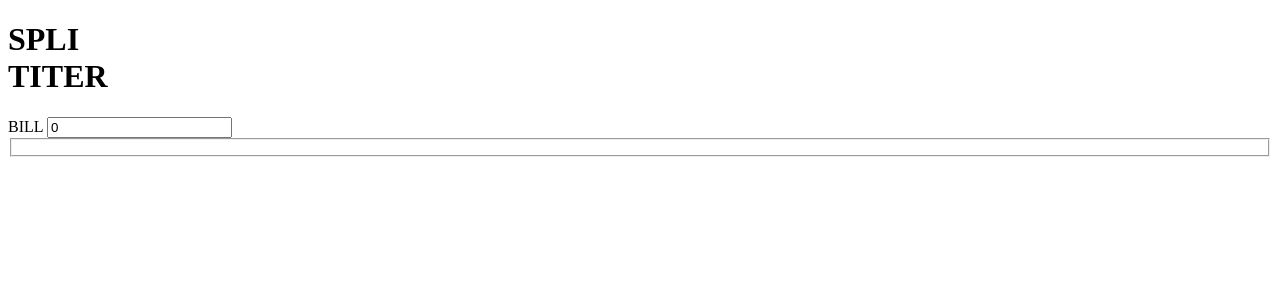
Repository: kellyjohanasalb/calduladora
Page: index.html
These files come from the project's save history. The page is drawn as it stood at one moment and after the next save; the edit follows.
The browser window is 1280 px wide. The pictures show the whole page.

Above is the page before, as saved 2023-08-15 20:59:58.

After the next save:
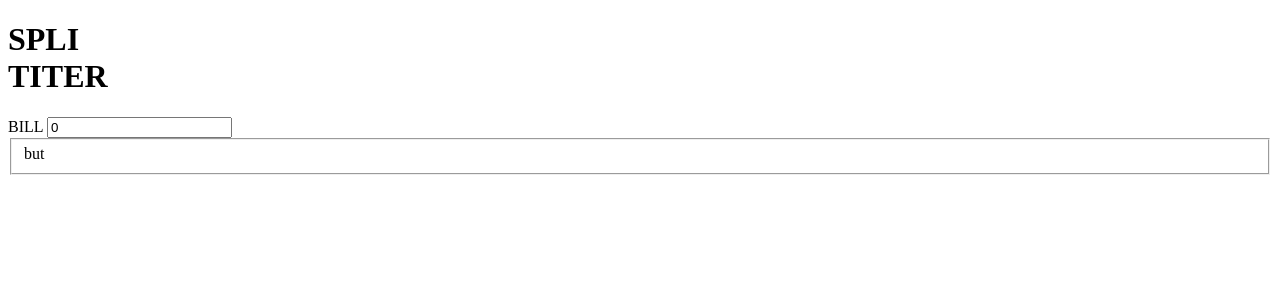
Saved 20 s later.
--- a/index.html
+++ b/index.html
@@ -15,7 +15,7 @@
             <input id="bill"  class="inputs-section__bill-input" type="nukber"  value="0">
 
             <fieldset clas="btns">
-
+                but
             </fieldset>
         </div>
         <div class="result-section">
